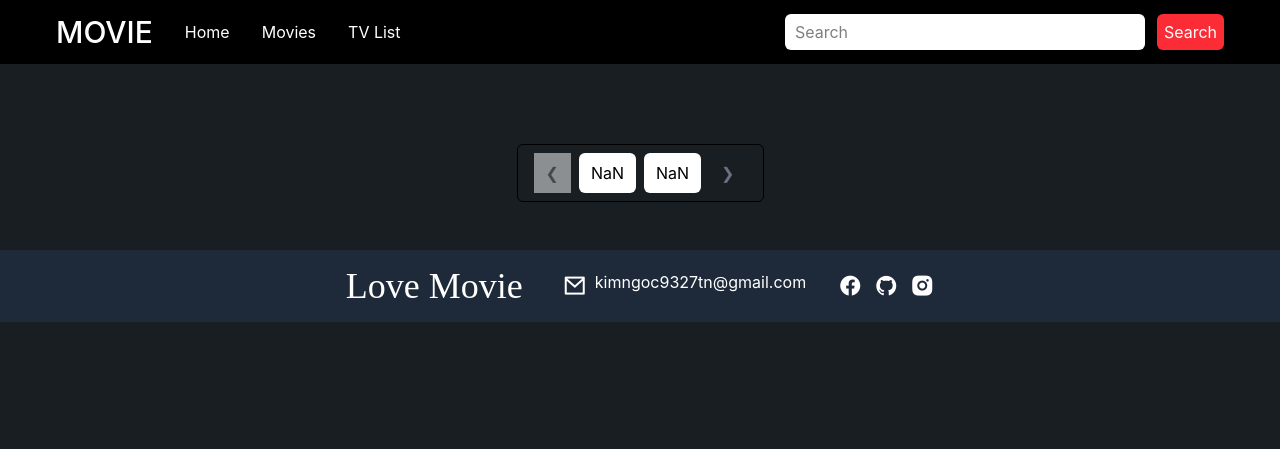
Repository: kimngoc9327/Love_Movie_Project
Page: /genre
An editor plug-in stored every save of this project. The page is shown before and after the next save, followed by the edit.
The browser window is 1280 px wide. The pictures show the whole page.
The page's requests for data from a server got no answer. The project was rebuilt for these pictures with package versions that can differ from the ones it lists, and the page was loaded fresh each time. No one was signed in, and anything a server would have sent is missing. Also part of the build but not shown: vite.config.js, src/components/ui/VoteAverage.jsx, src/components/ui/MovieCard.jsx, src/components/ui/MovieList.jsx, src/components/ui/Banner.jsx, src/pages/Home.jsx, src/pages/MovieCategory.jsx, src/components/ui/PlayTrailerButton.jsx and 6 more.

Above is the page before, as saved 2025-03-29 18:29:55.

After the next save:
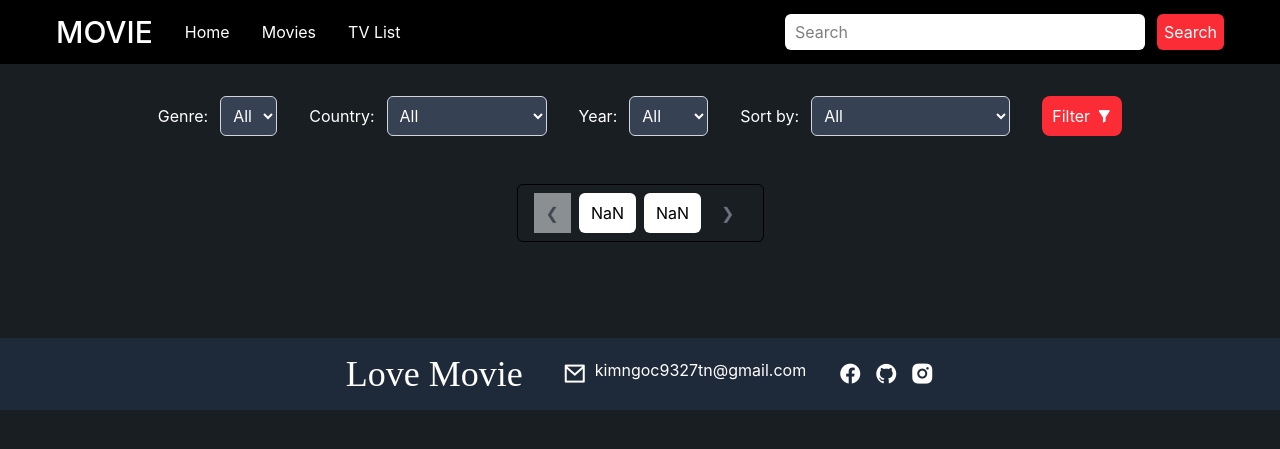
Saved 62 s later.
--- a/src/pages/MovieGenre.jsx
+++ b/src/pages/MovieGenre.jsx
@@ -5,6 +5,7 @@ import { useEffect, useState } from "react";
 import { getMovieDiscover } from "../redux/actions/movieActions";
 import { useLocation, useNavigate } from "react-router-dom";
 import PaginationButton from "../components/ui/PaginationButton";
+import MovieFilterBar from "../components/ui/MovieFilterBar";
 
 function MovieGenre() {
   const location = useLocation();
@@ -32,8 +33,9 @@ function MovieGenre() {
   const totalPages = movies?.total_pages;
   const maxPages = Math.min(totalPages, 500);
   return (
-    <div className="flex flex-col items-center">
-      <div className="grid grid-cols-4 gap-8 m-24 mb-12">
+    <div className="flex flex-col items-center  m-24">
+      <MovieFilterBar />
+      <div className="grid grid-cols-4 gap-8 mb-12">
         {movies?.results
           ?.filter((movie) => movie.title && movie.poster_path)
           .map((movie) => (
